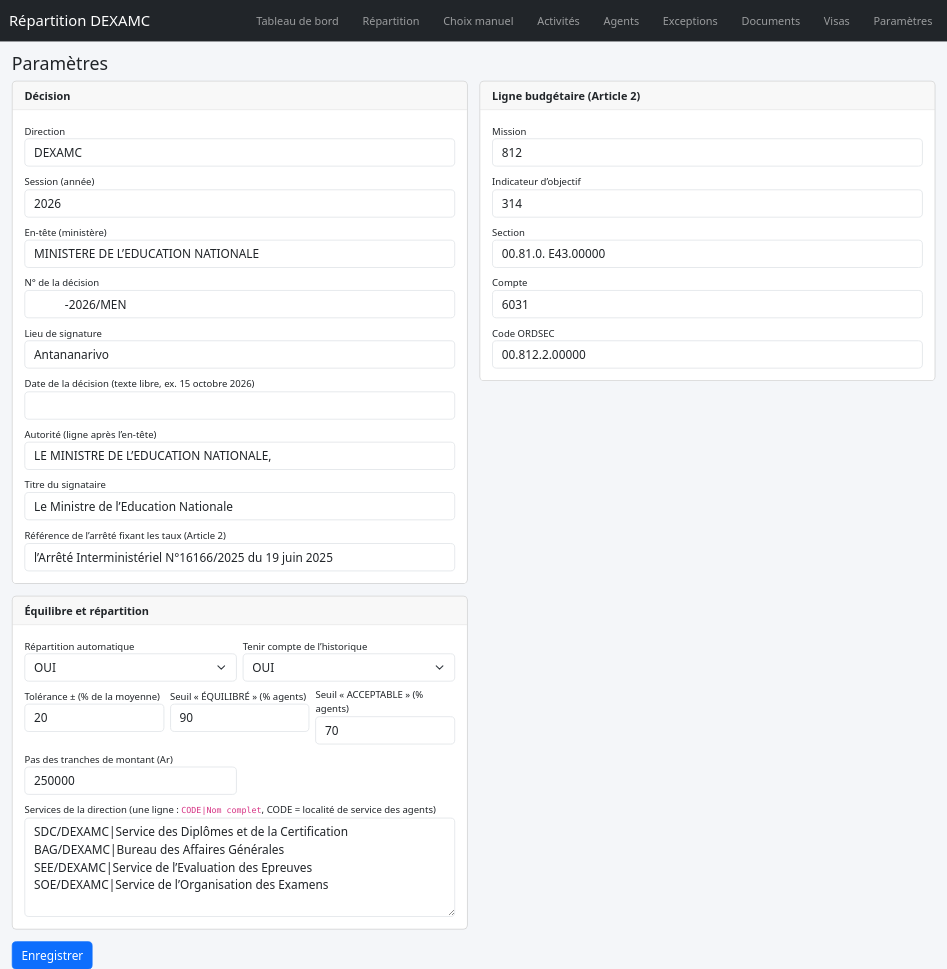
Repository: Mikandry/vacation
Page: http://localhost/parametres
These files come from the project's save history. The page is drawn as it stood at one moment and after a run of saves; the edit follows.
The browser window is 1280 px wide. The pictures show the whole page, at 74% of full size.
The page is served by the project's Laravel application, run on PHP 8.4 with Laravel 12. Queries for data that is not in the repository find no rows.

Above is the page before, as saved 2026-10-18 13:44:19.

After the next 3 saves:
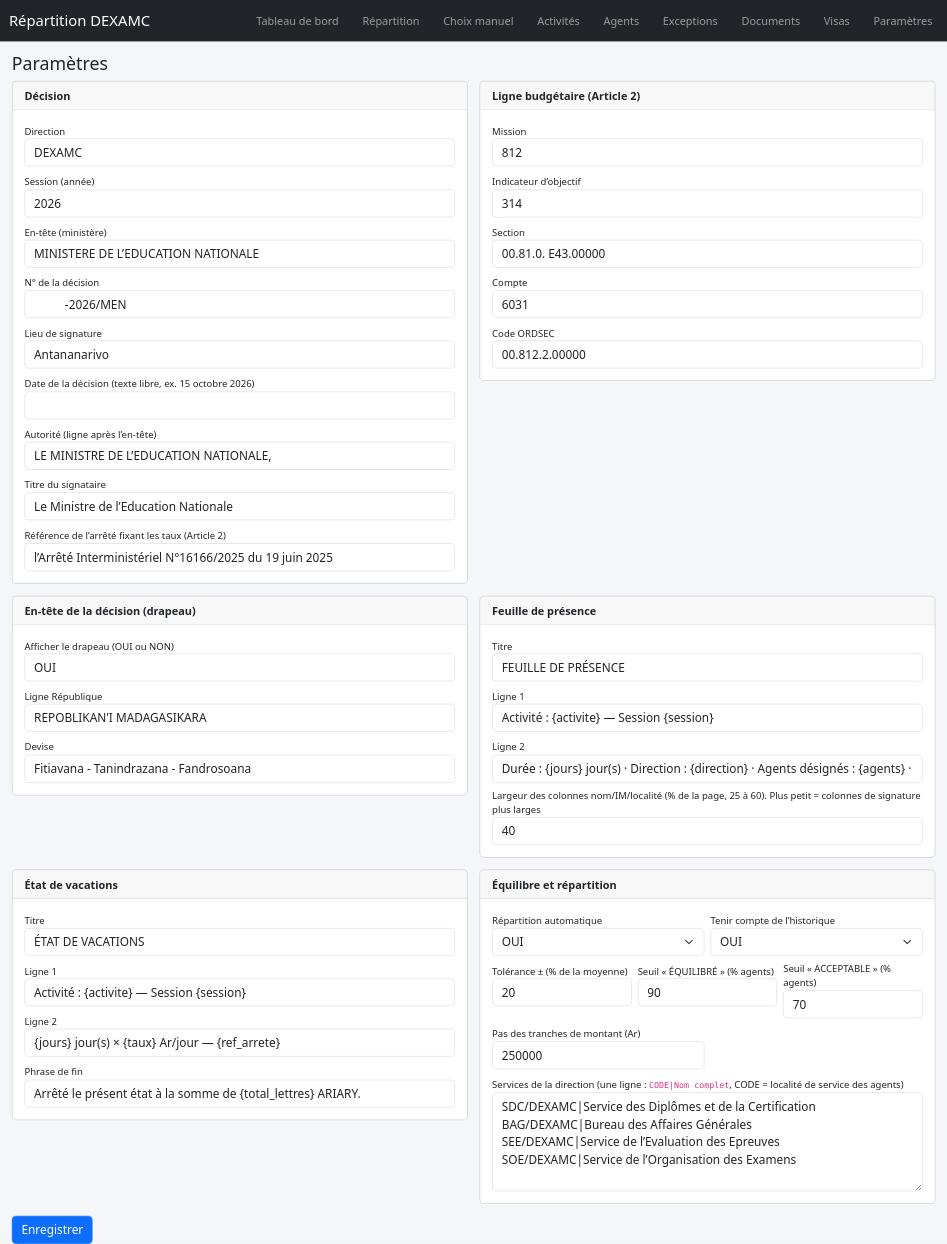
The 3 saves are shown as one change because 1 did not build or start and some came seconds apart.
The last was saved 51 s later.
--- a/resources/views/settings.blade.php
+++ b/resources/views/settings.blade.php
@@ -1,10 +1,15 @@
 @extends('layouts.app')
 @section('title','Paramètres')
 @php
+
  $groups=[
   'Décision'=>[['direction','Direction'],['session','Session (année)'],['ministry','En-tête (ministère)'],['decision_number','N° de la décision'],['place','Lieu de signature'],['decision_date','Date de la décision (texte libre, ex. 15 octobre 2026)'],['authority','Autorité (ligne après l’en-tête)'],['signatory','Titre du signataire'],['ref_arrete','Référence de l’arrêté fixant les taux (Article 2)']],
   'Ligne budgétaire (Article 2)'=>[['budget_mission','Mission'],['budget_indicator','Indicateur d’objectif'],['budget_section','Section'],['budget_account','Compte'],['budget_ordsec','Code ORDSEC']],
+  'En-tête de la décision (drapeau)'=>[['show_flag','Afficher le drapeau (OUI ou NON)'],['republic','Ligne République'],['motto','Devise']],
+  'Feuille de présence'=>[['presence_title','Titre'],['presence_line1','Ligne 1'],['presence_line2','Ligne 2'],['presence_id_width','Largeur des colonnes nom/IM/localité (% de la page, 25 à 60). Plus petit = colonnes de signature plus larges']],
+  'État de vacations'=>[['etat_title','Titre'],['etat_line1','Ligne 1'],['etat_line2','Ligne 2'],['etat_footer','Phrase de fin']],
  ];
+
 @endphp
 @section('content')
 <h4>Paramètres</h4>
